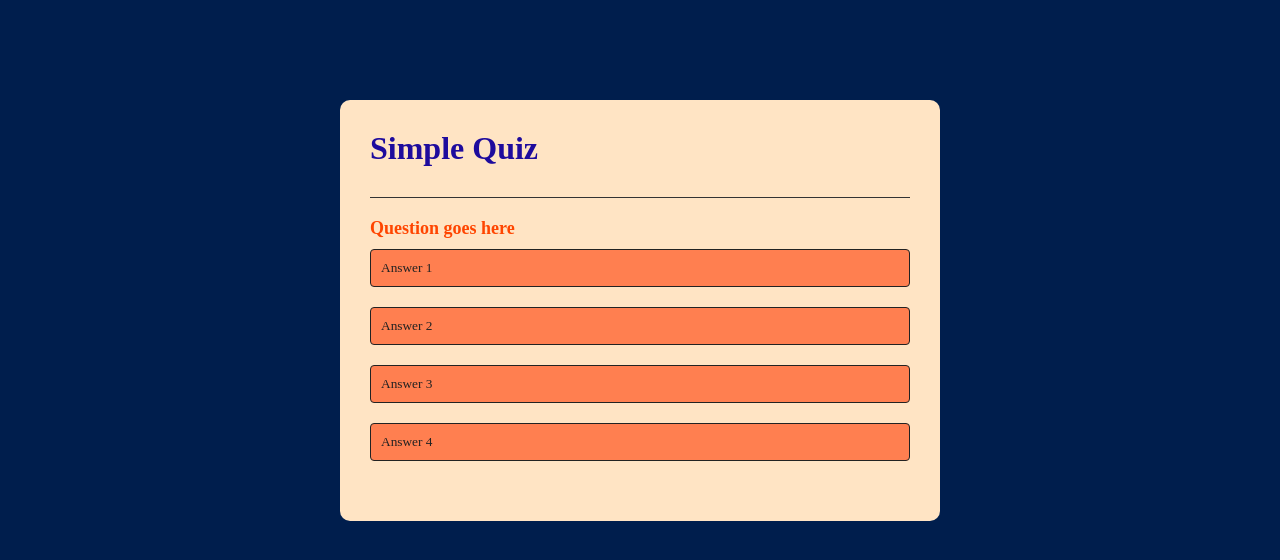
Repository: supriya123yadav/Quiz-project
Page: index.html
An editor plug-in stored every save of this project. The page is shown before and after the next save, followed by the edit.
The browser window is 1280 px wide. The pictures show the whole page.
The pointer rests on the first visible `.btn`.

Above is the page before, as saved 2024-07-07 15:56:21.

After the next save:
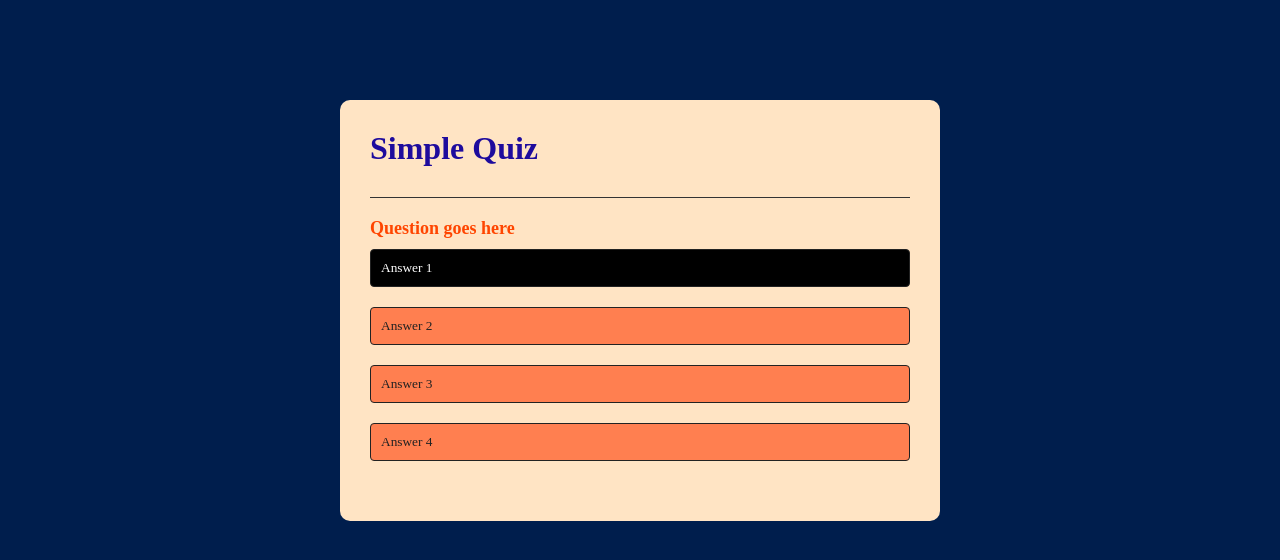
Saved 2 min 2 s later.
--- a/style.css
+++ b/style.css
@@ -45,6 +45,10 @@
     text-align: left;
     border-radius: 4px;
     cursor: pointer;
+}
+.btn:hover{
+    background: black;
+    color: white;
 
 
 }
